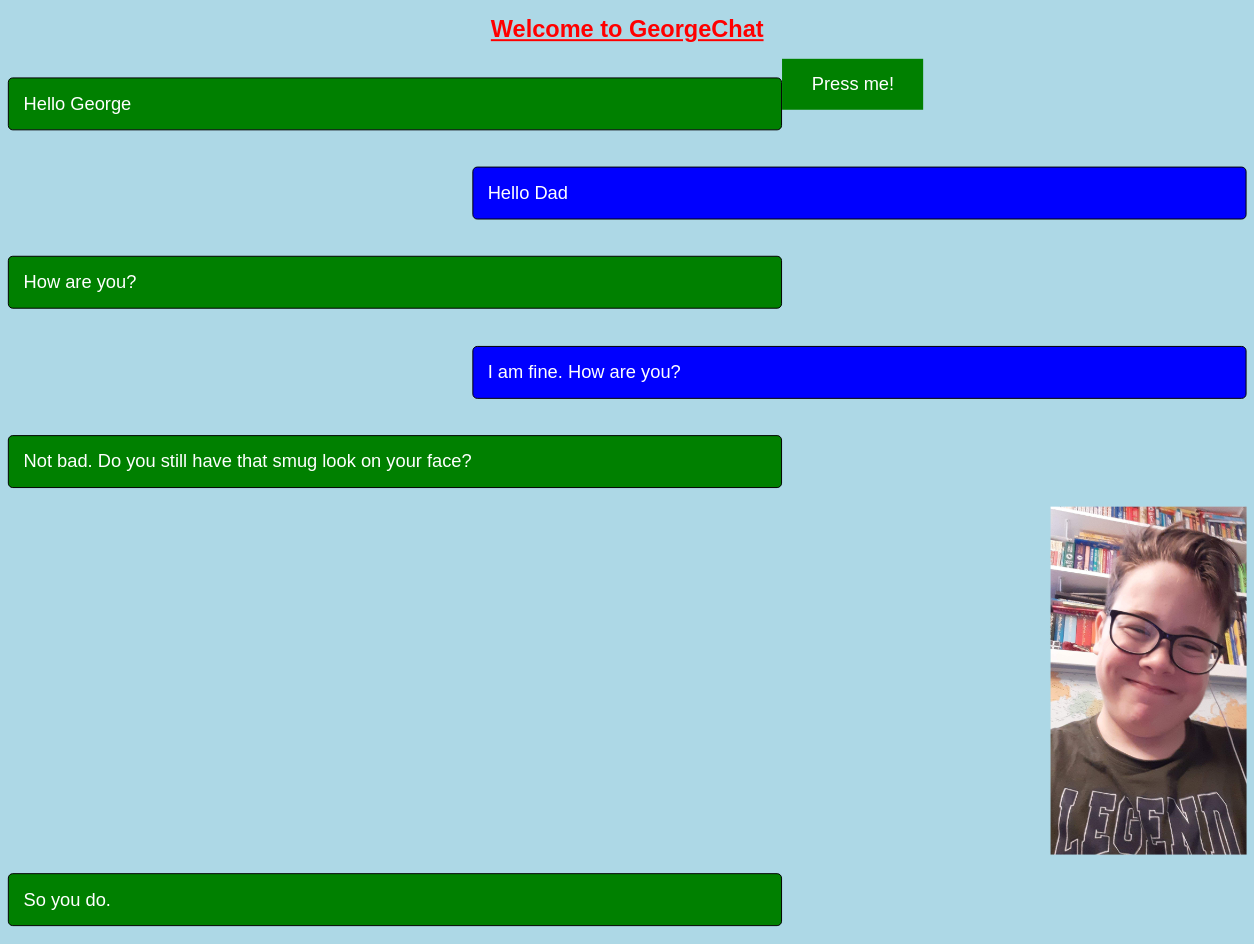
Repository: georgefyles/playground
Page: playground/src/resources/html/test.html
The author's editor kept a record of every edit. The page is drawn from the files as they stood at one moment, then again after the next edit.
The browser window is 1280 px wide. The pictures show the whole page, at 98% of full size.

Above is the page before.

After the next edit:
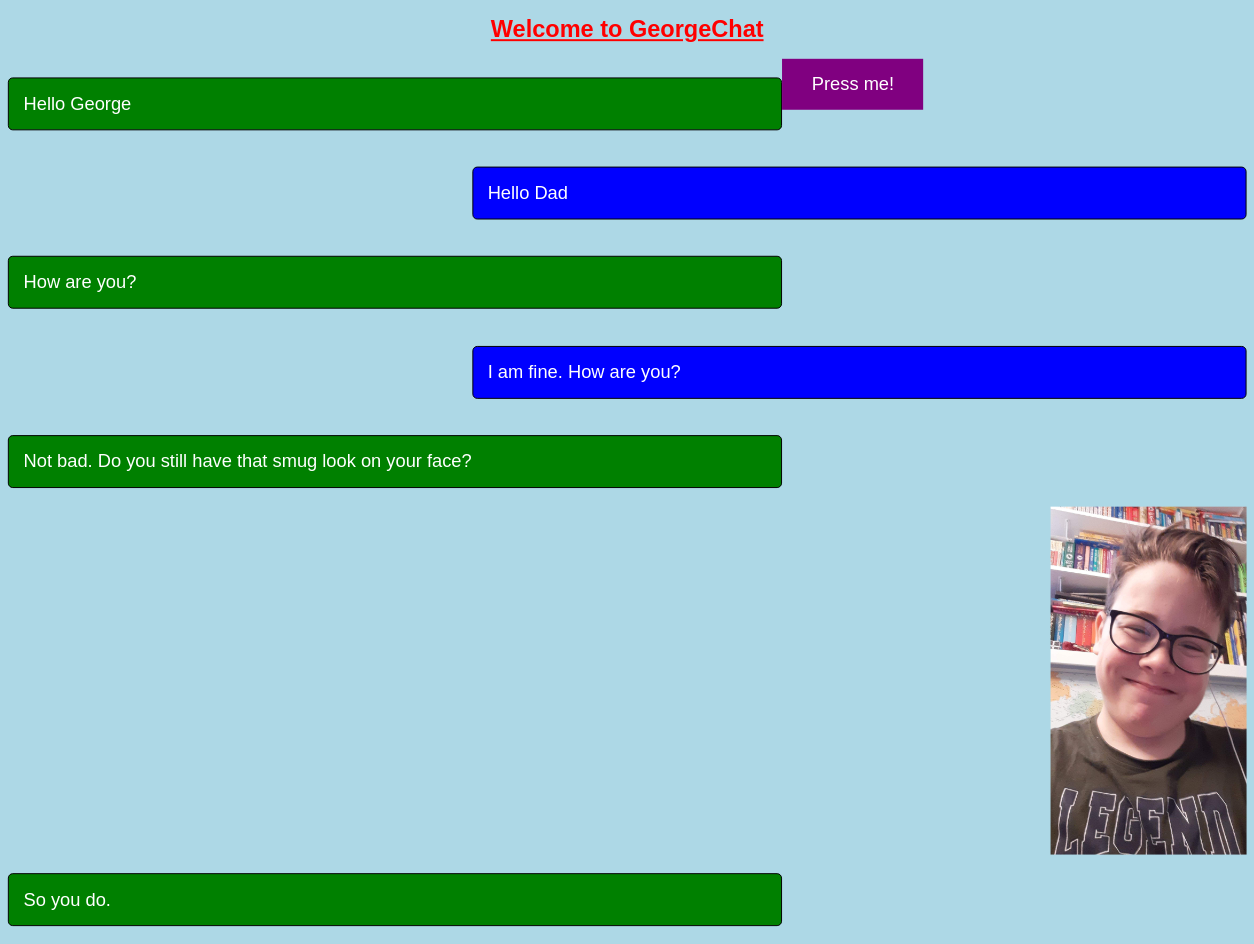
The edit:
--- a/playground/src/resources/html/test.css
+++ b/playground/src/resources/html/test.css
@@ -11,7 +11,7 @@
 }
 
 button {
-    background-color: green;
+    background-color: purple;
     border: none;
     color: white;
     padding: 15px 30px;
